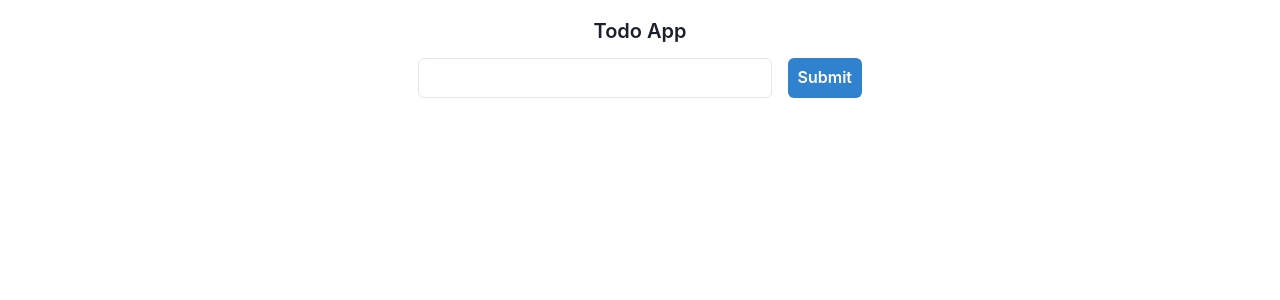
Repository: jammy729/todo-react
Page: /
These files come from the project's save history. The page is drawn as it stood at one moment and after the next save; the edit follows.
The browser window is 1280 px wide. The pictures show the whole page.
The page's requests for data from a server got no answer. The project was rebuilt for these pictures with package versions that can differ from the ones it lists, and the page was loaded fresh each time. No one was signed in, and anything a server would have sent is missing. Also part of the build but not shown: vite.config.js.

Above is the page before, as saved 2022-07-19 12:35:15.

After the next save:
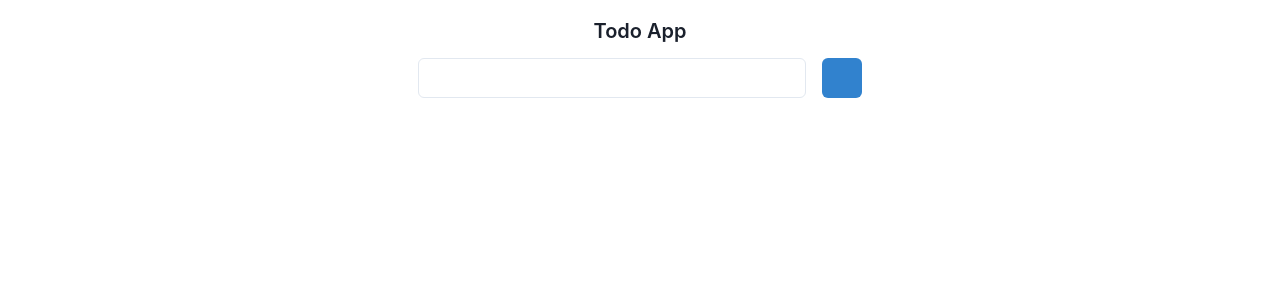
Saved 10 s later.
--- a/src/App.jsx
+++ b/src/App.jsx
@@ -92,9 +92,9 @@ const App = () => {
             </Button>
           </>
         ) : (
-          <Button onClick={writeToDatabase} colorScheme='blue'>
+          <IconButton onClick={writeToDatabase} colorScheme='blue'>
             Submit
-          </Button>
+          </IconButton>
         )}
       </Flex>
 
